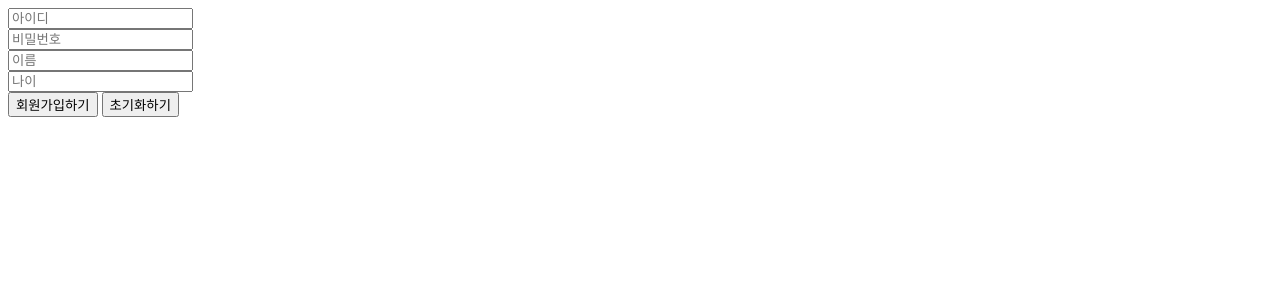
Repository: dev-leeJin/jsp-practice
Page: http://localhost/JSPBasic/JspObject/1.requests/req_join_form.jsp
An editor plug-in stored every save of this project. The page is shown before and after the next save, followed by the edit.
The browser window is 1280 px wide. The pictures show the whole page.
The page is served by Tomcat 9.

Above is the page before, as saved 2022-02-04 02:23:54.

After the next save:
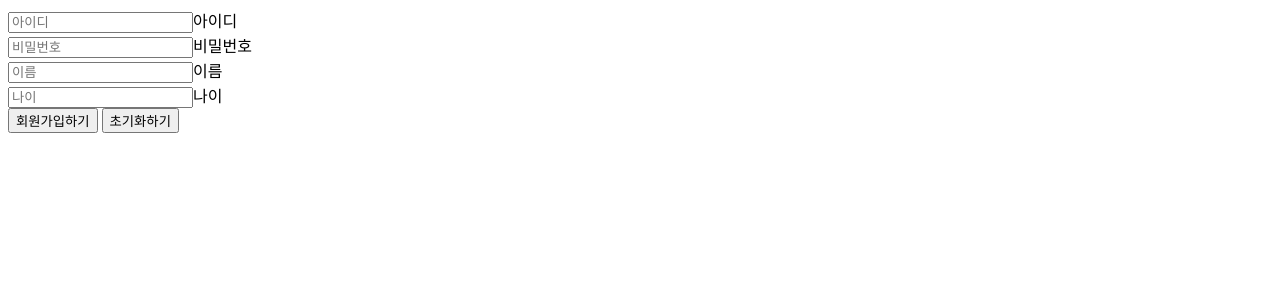
Saved 2 min 2 s later.
--- a/JSPBasic/src/main/webapp/JspObject/1.requests/req_join_form.jsp
+++ b/JSPBasic/src/main/webapp/JspObject/1.requests/req_join_form.jsp
@@ -7,13 +7,14 @@
 <title>Insert title here</title>
 </head>
 <body>
-	<form action="req_join_result.jsp">
-		<input type="text" name="id" placeholder="아이디"/> <br/>
-		<input type="password" name="pw" placeholder="비밀번호"/> <br/>
-		<input type="text" name="name" placeholder="이름"> <br/>
-		<input type="text" name="age" placeholder="나이"> <br/>
+	<form action="req_join_result.jsp" method="post">
+		<input type="text" name="id" placeholder="아이디"/>아이디 <br/>
+		<input type="password" name="pw" placeholder="비밀번호"/>비밀번호 <br/>
+		<input type="text" name="name" placeholder="이름">이름 <br/>
+		<input type="number" name="age" placeholder="나이">나이 <br/>
 		<input type="submit" value="회원가입하기">
 		<input type="reset" value="초기화하기">
 	</form>
+
 </body>
 </html>
